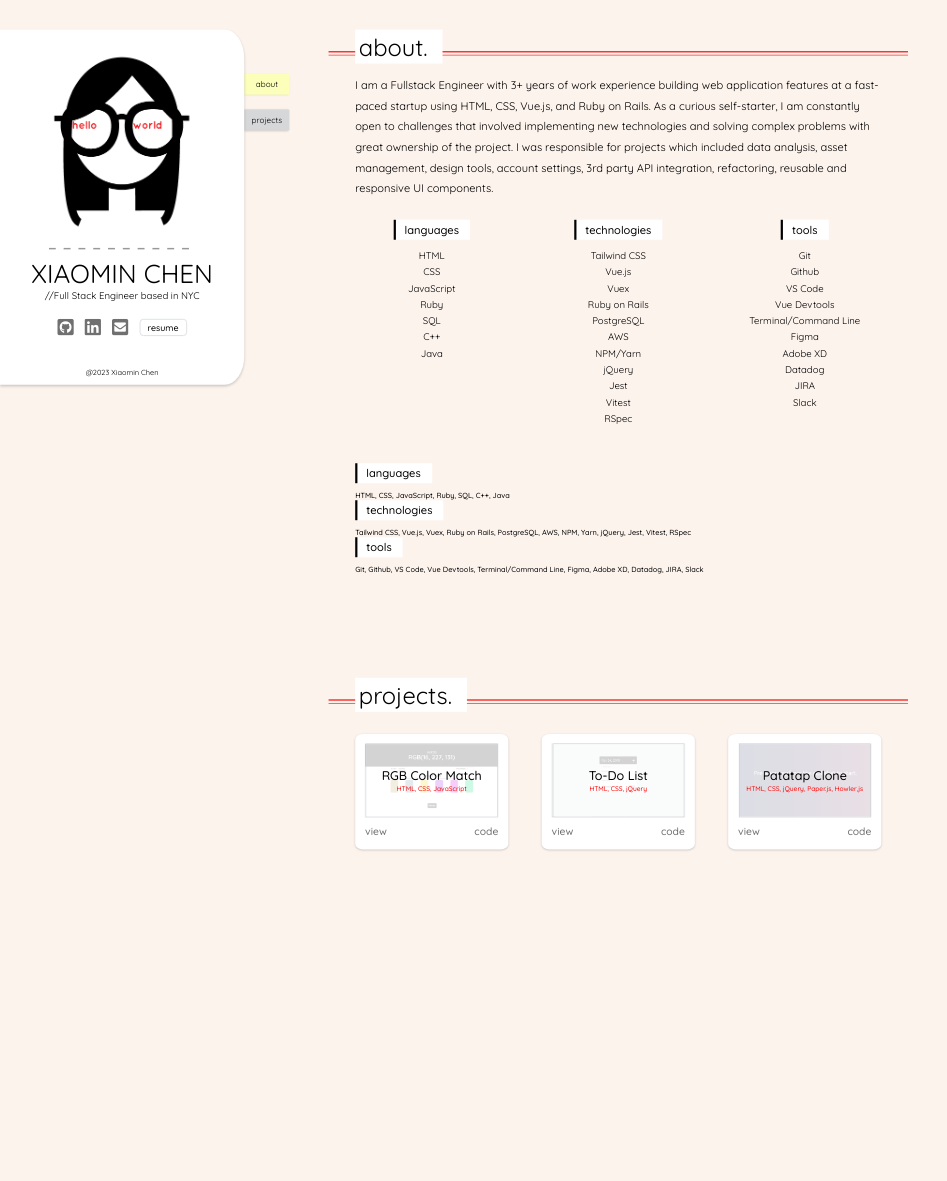
Repository: xchen136/xchen136.github.io
Page: index.html
The author's editor kept a copy of each file at every save. The page is drawn from the files as they stood at one save, then again after the next save.
The browser window is 1280 px wide. The pictures show the whole page, at 74% of full size.
Some web libraries are served in a nearby version. The style sheet was rebuilt from its Sass, Less or Tailwind sources for each picture, by a compiler version that may differ from the author's.

Above is the page before, as saved 2023-04-08 13:06:36.

After the next save:
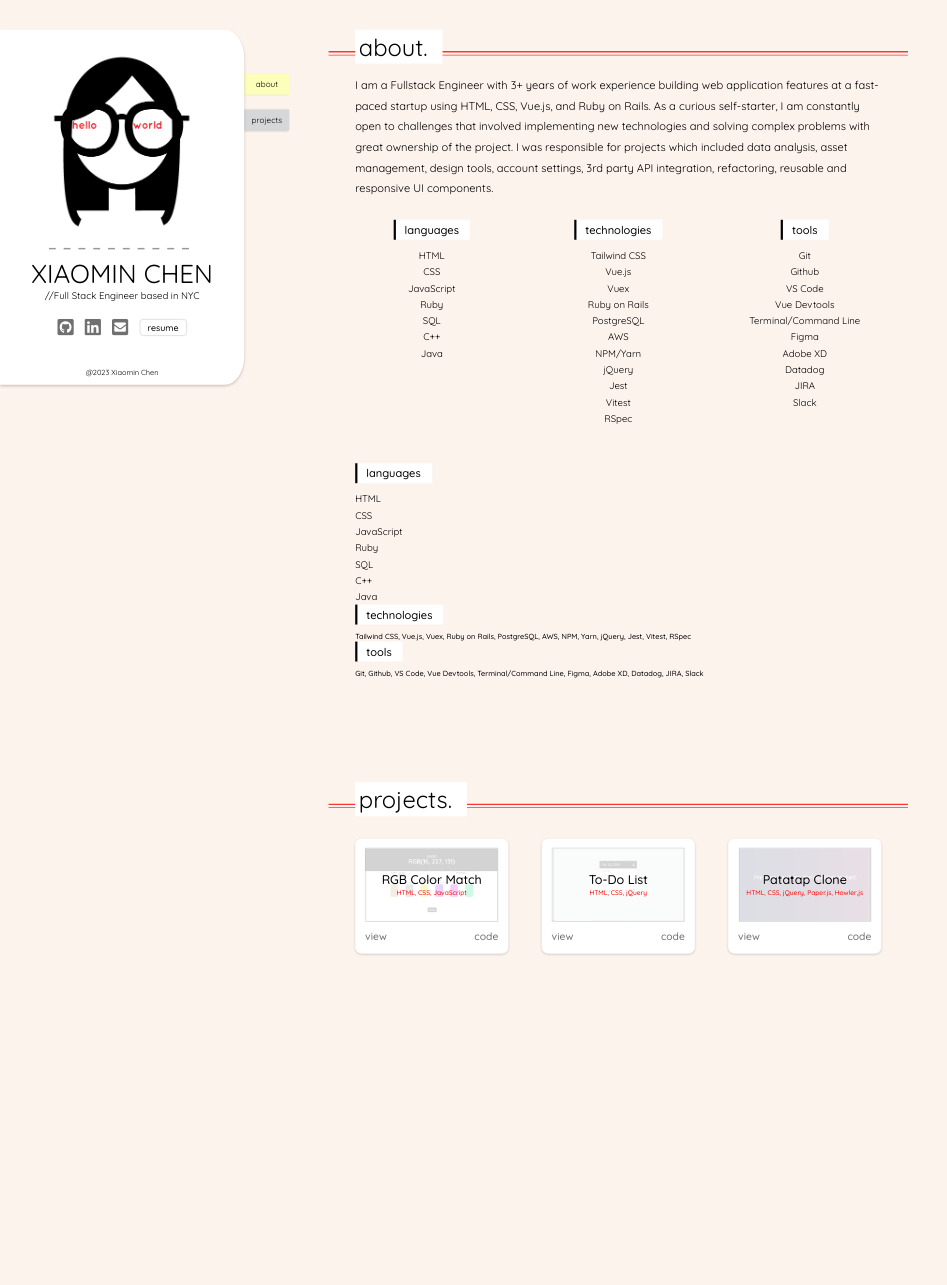
Saved 54 s later.
--- a/index.html
+++ b/index.html
@@ -155,9 +155,19 @@
 			<div class="skill-box-col">
 				<div class="">
 					<h3 class="heading-tertiary skill-title">Languages</h3>
-					<div class="skill__item">
+					<!-- <div class="skill">
+
 						HTML, CSS, JavaScript, Ruby, SQL, C++, Java
-					</div>
+					</div> -->
+					<ul class="skill">
+						<li class="skill__item">HTML</li>
+						<li class="skill__item">CSS</li>
+						<li class="skill__item">JavaScript</li>
+						<li class="skill__item">Ruby</li>
+						<li class="skill__item">SQL</li>
+						<li class="skill__item">C++</li>
+						<li class="skill__item">Java</li>
+					</ul>
 				</div>
 				<div class="">
 					<h3 class="heading-tertiary skill-title">Technologies</h3>
